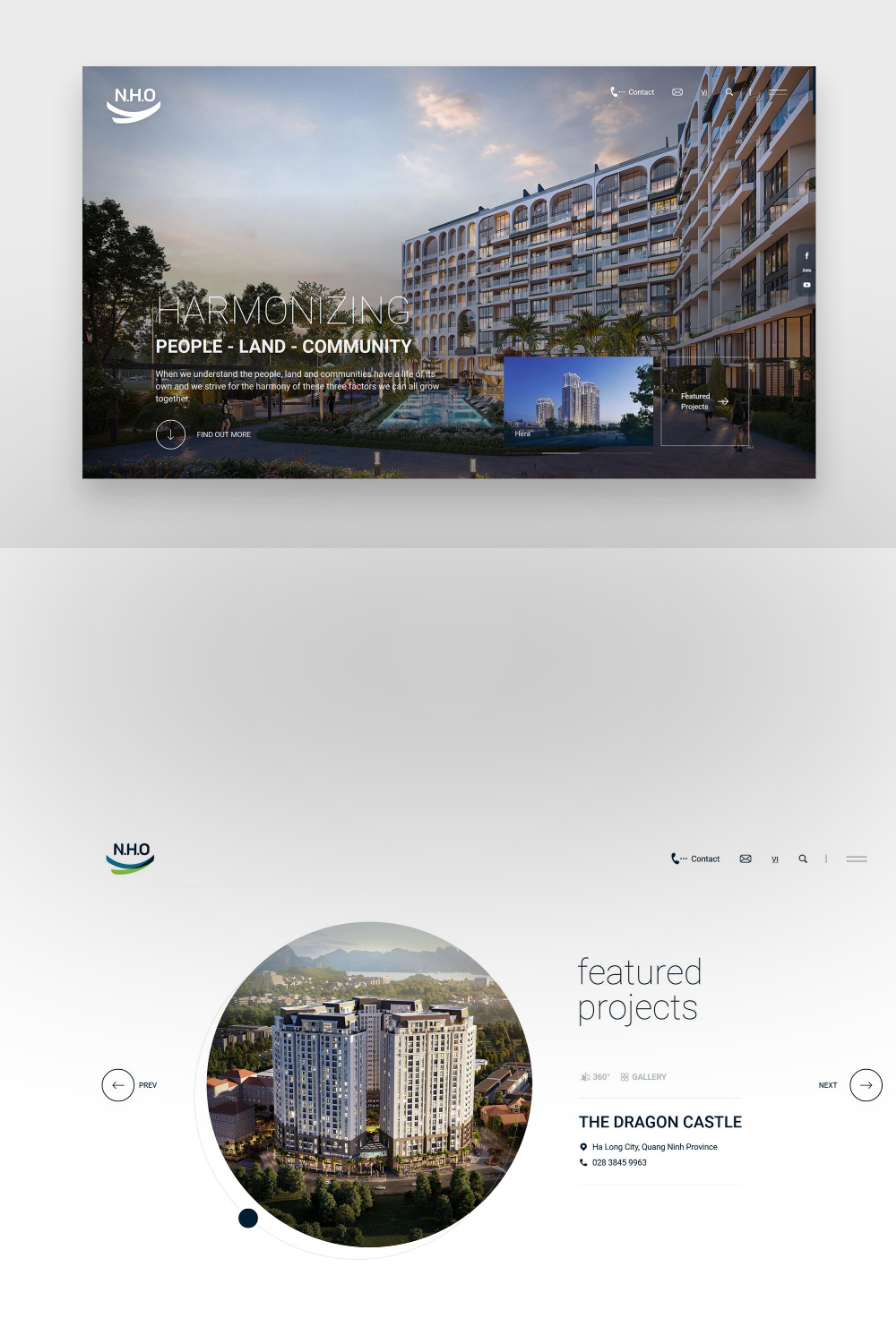
Repository: Minns-Cao/project-BTQ
Page: company.html
These files come from the project's save history. The page is drawn as it stood at one moment and after a run of saves; the edit follows.
The browser window is 1280 px wide. The pictures show the part of the page from y = 0 to 1920 px (the page is 6093 px tall), at 70% of full size.

Above is the page before, as saved 2023-07-02 09:44:02.
Console error: TypeError: Cannot read properties of null (reading 'addEventListener')

### company.html
<!DOCTYPE html>
<html lang="en">
    <head>
        <meta charset="UTF-8" />
        <meta http-equiv="X-UA-Compatible" content="IE=edge" />
        <meta name="viewport" content="width=device-width, initial-scale=1.0" />
        <title>BTQ</title>
        <!-- Fonts -->
        <link rel="preconnect" href="https://fonts.googleapis.com" />
        <link rel="preconnect" href="https://fonts.gstatic.com" crossorigin />
        <link
            href="https://fonts.googleapis.com/css2?family=Roboto:wght@100;300;400;500;700;900&display=swap"
            rel="stylesheet"
        />
        <!-- Reset CSS -->
        <link rel="stylesheet" href="./assets/css/reset.css" />
        <!-- Style CSS -->
        <link rel="stylesheet" href="./assets/css/headerFooter.css" />
        <link rel="stylesheet" href="./assets/css/styleCompany.css" />
    </head>
    <body>
        <main>
            <div class="imgFirst">
                <img src="./imagesCompany/NHO/1.jpg" alt="" class="thumb" />
            </div>
            <div class="details-title-name">
                <h3 class="name">N.H.O JSC COMPANY</h3>
                <h3 class="label">Website N.H.O JSC</h3>
                <a href="https://www.nhojsc.vn/" class="linkWebCus">
                    <p class="seeMore">xem website</p>
                    <div class="icon">
                        <svg
                            xmlns="http://www.w3.org/2000/svg"
                            x="0px"
                            y="0px"
                            viewBox="0 0 100 100"
                        >
                            <path
                                fill="currentColor"
                                d="M99,11.6v76.8C99,94.3,94.3,99,88.4,99H11.6C5.7,99,1,94.3,1,88.4V11.6C1,5.7,5.7,1,11.6,1h76.8C94.3,1,99,5.7,99,11.6z
                        M78.1,15h-29c-2.8,0-5,2.2-5,5v3.1c0,2.8,2.5,5.3,5.3,5l12.2-0.3L16.6,73.1c-1.9,1.6-1.9,4.4,0,6.2l4.4,4.4c1.6,1.6,4.4,1.6,6.2,0
                       l44.9-45.3l-0.6,12.2c0,2.8,2.2,5.3,5,5.3h3.1c2.8,0,5-2.2,5-5v-29C84.6,21.9,85.2,15,78.1,15z"
                            ></path>
                        </svg>
                    </div>
                </a>
            </div>
            <div class="imgSecond">
                <img src="./imagesCompany/NHO/2.jpg" alt="" class="thumb" />
            </div>
            <div class="imgThird">
                <img src="./imagesCompany/NHO/3.jpg" alt="" class="thumb" />
            </div>
        </main>
        <script src="./app_OpenAns.js"></script>
    </body>
</html>

### assets/css/headerFooter.css
* {
    box-sizing: border-box;
}

:root {
    --color-bg1: #24547f;
    --color-bg2: #463b75;
    --color-bg3: #d9996b;
    --color-bg4: #86506c;
    --color-bg5: #206a54;
    --color-bg6: #779273;
    --color-bg7: #e48f92;
    --color-bg8: #6dbcc5;
    --color-bgMenu: #24547f;
}

html {
    font-size: 62.5%;
}

body {
    font-family: "Roboto", sans-serif;
    font-size: 1.6rem;
}

/* =======================HEADER======================= */
.navigation {
    position: fixed;
    top: 0;
    left: 0;
    display: flex;
    justify-content: space-between;
    width: 100%;
    padding: 20px 30px;
    z-index: 100000;
}

.navigation .logo {
    transition: all 0.5s ease-out;
}

.navigation .box {
    display: flex;
    justify-content: center;
    align-items: center;
    gap: 1vw;
}

.navigation .targetPage{
    display: flex;
    align-items: center;
    transition: all 0.8s ease-out;
}

.navigation .targetPage .dot {
    width: 20px;
    height: 20px;
}

.navigation .targetPage .namePage {
    text-transform: uppercase;
    color: #fff;
    font-size: 36px;
    vertical-align: middle;
    white-space: nowrap;
    letter-spacing: -1px;
    line-height: 1.1;
    display: inline-block;
    font-weight: 400;
    margin-left: 1vw;
}

.navigationBar {
    display: flex;
    align-items: center;
    gap: 80px;
}

.navigationBar .lang {
    position: relative;
    font-weight: 900;
    font-size: 18px;
    line-height: 50px;
    text-transform: uppercase;
    color: #fff;
    width: auto;
    display: inline-block;
    padding-bottom: 10px;
    visibility: hidden;
    opacity: 0;
    pointer-events: none;
    transition: all 0.5s ease-in-out 0.2s;
    z-index: 10000;
}

.navigationBar .lang.active {
    visibility: visible;
    opacity: 1;
    pointer-events: all;
}
.navigationBar .lang::after,
.navigationBar .lang::before {
    position: absolute;
    content: "";
    display: block;
    width: 30px;
    height: 1px;
    background-color: #fff;
}

.navigationBar .lang::after {
    top: 40%;
    left: 130%;
}
.navigationBar .lang::before {
    top: 40%;
    right: 130%;
}



.navigation .iconBar {
    position: relative;
    display: block;
    width: 70px;
    height: 60px;
    color: #000;
    transform: translateX(0);
    transition: all 0.5s ease-in-out 0.2s;
    z-index: 10000;
}

.navigation .iconBar.active{
    transform: translateX(2vw);
}

.navigation .iconBar .background{
    width: 100%;
    height: 100%;
    background-color: rgba(0,0,0,.1);
    border-radius: 5px;
    transform: translate(-10%, -5%);
    visibility:hidden;
}



.iconBar .lineMid,
.iconBar .lineTop,
.iconBar .lineBot {
    position: absolute;
    top: 25px;
    left: 0px;
    height: 2px;
    width: 75%;
    background-color: #fff;
    box-shadow: 3px 3px 0 rgb(0 0 0 / 10%);
    transition: all 0.3s ease-in-out;
}

.iconBar .lineMid {
    opacity: 1;
    visibility: visible;
}

.iconBar .lineTop {
    top: 15px;
    left: 5px;
    width: 40%;
}

.iconBar .lineBot {
    top: 35px;
    left: 5px;
    width: 40%;
}

.navigation .iconBar:hover .lineMid {
    width: 50%;
}

.navigation .iconBar:hover .lineTop,
.navigation .iconBar:hover .lineBot {
    width: 60%;
}

/* nav onClick */

.navigation .onClick.iconBar .lineMid {
    visibility: hidden;
    opacity: 0;
}

.navigation .onClick.iconBar .lineTop,
.navigation .onClick.iconBar .lineBot {
    top: 25px;
    left: 10px;
    width: 50%;
}

.navigation .onClick.iconBar .lineTop {
    transform: rotate(45deg);
}
.navigation .onClick.iconBar .lineBot {
    transform: rotate(-45deg);
}

.navigation .onClick.iconBar:hover .lineTop,
.navigation .onClick.iconBar:hover .lineBot {
    top: 25px;
    width: 50%;
}

.navigation .onClick.iconBar:hover .lineTop {
    left: 11px;
    transform: rotate(90deg);
    box-shadow: none;
}
.navigation .onClick.iconBar:hover .lineBot {
    left: 9px;
    transform: rotate(-90deg);
    box-shadow: none;
}

/* =======================HEADER-MENU======================= */

header .menu {
    position: absolute;
    top: 0;
    right: 0;
    width: 100%;
}

header .menu .bg-menu {
    position: absolute;
    top: 0;
    left: 0;
    display: block;
    width: 100vw;
    height: 100vh;
    z-index: 101;
    overflow: hidden;
    pointer-events: none;
}

header .menu .color-bg-menu {
    display: block;
    width: 100%;
    height: 100%;
    border-radius: 50%;
    background-image: linear-gradient(
        -135deg,
        var(--color-bgMenu) 65%,
        transparent 80%
    );
    opacity: 0;
    visibility: hidden;
    transition: all 0.3s linear;
    pointer-events: none;
}

header .menu .color-bg-menu.active {
    animation: bg-menuAnimation_active 0.5s linear forwards;
}
header .menu .color-bg-menu.noActive {
    animation: bg-menuAnimation_noActive 5s linear forwards;
}

@keyframes bg-menuAnimation_active {
    0% {
        opacity: 0;
        visibility: hidden;
        transform: translate(60%, -60%) scale(1);
    }
    30% {
        opacity: 0.98;
        visibility: visible;
    }
    100% {
        opacity: 0.98;
        visibility: visible;
        transform: translate(60%, -60%) scale(4);
        pointer-events: none;
    }
}
@keyframes bg-menuAnimation_noActive {
    0% {
        opacity: 0.98;
        visibility: visible;
        transform: translate(60%, -60%) scale(4);
    }
    30% {
        opacity: 0;
        visibility: visible;
    }
    100% {
        opacity: 0;
        visibility: none;
        transform: translate(60%, -60%) scale(3.5);
        pointer-events: all;
    }
}
header .menu .main-menu {
    position: absolute;
    top: 0;
    right: 0;
    display: flex;
    align-items: flex-end;
    flex-direction: column;
    gap: 50px;
    width: 100%;
    height: 100%;
    padding-top: 70px;
    margin-right: 10vw;
    margin-top: 10vh;
    z-index: 102;
    visibility: hidden;
    opacity: 0;
    pointer-events: none;
    transition: all 0.5s ease-in-out 0.2s;
}

header .menu .main-menu.active {
    visibility: visible;
    opacity: 1;
    pointer-events: all;
}

header .menu .iconHome {
    display: block;
    width: 50px;
    height: 36px;
    color: #fff;
}

header .menu a{
    text-decoration: none;
}

header .menu .menuItem {
    font-weight: 900;
    font-size: calc(100vh / 14);
    line-height: 1;
    letter-spacing: 2px;
    text-transform: uppercase;
    white-space: nowrap;
    color: #fff;
    -webkit-text-stroke: 1px #fff;
    -webkit-text-fill-color: transparent;
    transition: all 0.5s ease-in-out;

}

header .menu .menuItem:hover {
    color: #fcd62c;
    -webkit-text-stroke: 1px #fcd62c;
    -webkit-text-fill-color: #fcd62c;
}

footer .contentBlockFooter{
    height: 35vh;
    background-color: #91b879;
    position: relative;
}

footer .contentBlockFooter::after{
    position: absolute;
    content: '';
    display: block;
    pointer-events: none;
    background-color: #fff;
    width: 1px;
    height: 6vw;
    top: -3vw;
    left: 50%;
    z-index: 10;
}

footer .contentBlockFooter .contentBox {
    padding-top: 60px;
    display: flex;
    flex-direction: column;
    justify-content: center;
    align-items: center;
}

footer .contentBlockFooter .contentBox svg{
    color: #fff;
    width: 60px;
    height: 60px;
}

footer .contentBlockFooter .contentBox .copyRight{
    font-size: 13px;
    line-height: 1.2;
    color: #fff;
    text-transform: uppercase;
}

footer .contentBlockFooter .contentBox .copyRight strong {
    font-weight: 900;
}

### assets/css/styleCompany.css
.thumb {
    width: 100vw;
}

.details-title-name {
    display: flex;
    justify-content: center;
    align-items: center;
    flex-direction: column;
    width: 100%;
    height: 45vh;
    background-color: rgba(0,0,0,.4);
    filter: blur(200px);
}

.details-title-name .name{
    font-size: 5vw;
    font-weight: 100;
    line-height: 1.2;
    position: relative;
    margin: 10px 0;
    color: #fff;
    text-align: center;
    display: block;
}

.details-title-name .label {
    font-size: 16px;
    line-height: 1.4;
    position: relative;
    margin: 0 0 10px;
    color: #fff;
    padding: 10px;
    background-color: rgba(0,0,0,.2);
    text-align: center;
    display: inline-block;
}

.details-title-name .linkWebCus {
    display: flex;
    flex-direction: column;
    justify-content: center;
    align-items: center;
    gap: 10px;
    margin: 10px auto;
    font-family: Arial,Helvetica,sans-serif;
    font-weight: 400;
    font-size: 14px;
    line-height: 1.4;
    width: 130px;
    text-decoration: none;
}

.details-title-name .linkWebCus .seeMore {

    color: #fff;
}


.details-title-name .icon {
    width: 40px;
    height: 40px;
    color: #fff;
}



#myIframe {
    position: absolute;
    height: 100vh;
    top: 0;
    left: 0;
    right: 0;
    bottom: 0;
    z-index: 1000000;
    background-color: rebeccapurple;
    overflow: hidden;
}

### app_OpenAns.js
// ======================activeIconMenuBar=========================
function activeIconMenuBar(x) {
    x.classList.toggle("onClick");
    let mainMenu = document.querySelector("header .menu .main-menu");
    let lang = document.querySelector(".navigationBar .lang");
    let bgMenu = document.querySelector("header .menu .color-bg-menu");
    if (x.classList.contains("onClick")) {
        mainMenu.classList.add("active");
        lang.classList.add("active");
        bgMenu.classList.add("active");
        bgMenu.classList.remove("noActive");
        changeBackroundMenu();
    } else {
        mainMenu.classList.remove("active");
        lang.classList.remove("active");
        bgMenu.classList.remove("active");
        bgMenu.classList.add("noActive");
    }
}

let dataBackgroundMenu = [
    "#24547f",
    "#463b75",
    "#d9996b",
    "#86506c",
    "#206a54",
    "#779273",
    "#e48f92",
    "#6dbcc5",
];

function changeBackroundMenu() {
    let first_elm = dataBackgroundMenu.shift();
    dataBackgroundMenu.push(first_elm);
    document
        .querySelector("header .menu .color-bg-menu")
        .style.setProperty("--color-bgMenu", dataBackgroundMenu[0]);
}

// ======================textRun=========================

let thisBox_list = document.querySelectorAll(
    ".contentBlock1 .textBanner .thisBox"
);
thisBox_list.forEach((thisBox) => {
    let widthContent = thisBox.offsetWidth / 2;
    let thisBoxStyles = getComputedStyle(thisBox);
    thisBox.style.setProperty("--contentWidth", `${-widthContent + 9.5}px`);
});

// ======================EnterButton=========================
let objIcon = document.querySelector(".obj-icon");
objIcon.addEventListener("mousemove", (e) => {
    let xValue = e.clientX;
    let yValue = e.clientY;
    let rectOfobjIcon = objIcon.getBoundingClientRect();
    let yValueBtn = rectOfobjIcon.top + rectOfobjIcon.height / 2;
    let xValueBtn = rectOfobjIcon.left + rectOfobjIcon.width / 2;
    let speed = 0.125;
    objIcon.style.transform = `translate(${-(xValue - xValueBtn) * speed}px,${
        -(yValue - yValueBtn) * speed
    }px) `;
});

objIcon.addEventListener("mouseout", () => {
    objIcon.style.transform = `translate(0,0)`;
});
// ======================ScrollAnimation=========================

function moveNav(target) {
    let logoNav = document.querySelector("header .navigation .logo");
    let targetPage = document.querySelector("header .navigation .targetPage");
    let bar = document.querySelector("header .navigation .iconBar");
    let bar_backGround = document.querySelector(
        "header .navigation .iconBar .background"
    );
    if (target < 1) {
        logoNav.style.transform = `translate(0,0)`;
        targetPage.style.transform = `translate(0,0)`;
        bar.classList.remove("active");
        bar_backGround.style.visibility = "hidden";
    }
    if (target > 1 && target < 100) {
        logoNav.style.transform = `translate(${-target * 200}px,0)`;
        targetPage.style.transform = `translate(0,${-target * 200}px)`;
        bar.classList.add("active");
        bar_backGround.style.visibility = "visible";
    }
}

window.addEventListener("scroll", (e) => {
    let heightOfFooter = document.querySelector("footer").offsetHeight;
    //Vị trí của scroll (không tính footer)
    let targetScroll =
        (window.pageYOffset /
            (document.body.offsetHeight -
                heightOfFooter -
                window.innerHeight)) *
        100;
    moveNav(targetScroll);
});

function ScrollAnimation(elm, distance, speed, trend, first) {
    window.addEventListener("scroll", function () {
        //khoảng di chuyển
        let x = (window.innerHeight - elm.getBoundingClientRect().top) * speed;

        //xử lý bug phần tử đầu tiên khi scroll
        if(first === "true") {
            x = x - (window.innerHeight * speed);
        }

        //giới hạn di chuyển từ 0 tới distance
        let movePos = Math.max(0, Math.min(distance, x));

        //gán giá trị transform cho elm
        if (trend === "down" || trend === undefined) {
                elm.style.transform = `translateY(${movePos}px)`;
        } else if (trend === "up") {
            elm.style.transform = `translateY(${-(movePos - distance)}px)`;
        }
    });
}

let list_scrollElm = document.querySelectorAll(".scrollElm");

list_scrollElm.forEach((scrollElm) => {
    let distance = scrollElm.dataset.distance;
    let speed = scrollElm.dataset.speed;
    let trend = scrollElm.dataset.trend;
    let first = scrollElm.dataset.first;
    ScrollAnimation(scrollElm, distance, speed, trend, first);
});




// ========================
// var iframe = document.getElementById('myIframe');

// // Ngăn sự kiện cuộn trang web chính
// window.addEventListener('scroll', function(e) {
//   e.preventDefault();
//   window.scrollTo(0, 0);
// });

// // Cho phép cuộn bên trong iframe
// iframe.addEventListener('load', function() {
//   iframe.contentWindow.addEventListener('scroll', function(e) {
//     e.stopPropagation();
//   });
// });

Loaded but not shown: assets/css/reset.css (common file)

After the next 2 saves:
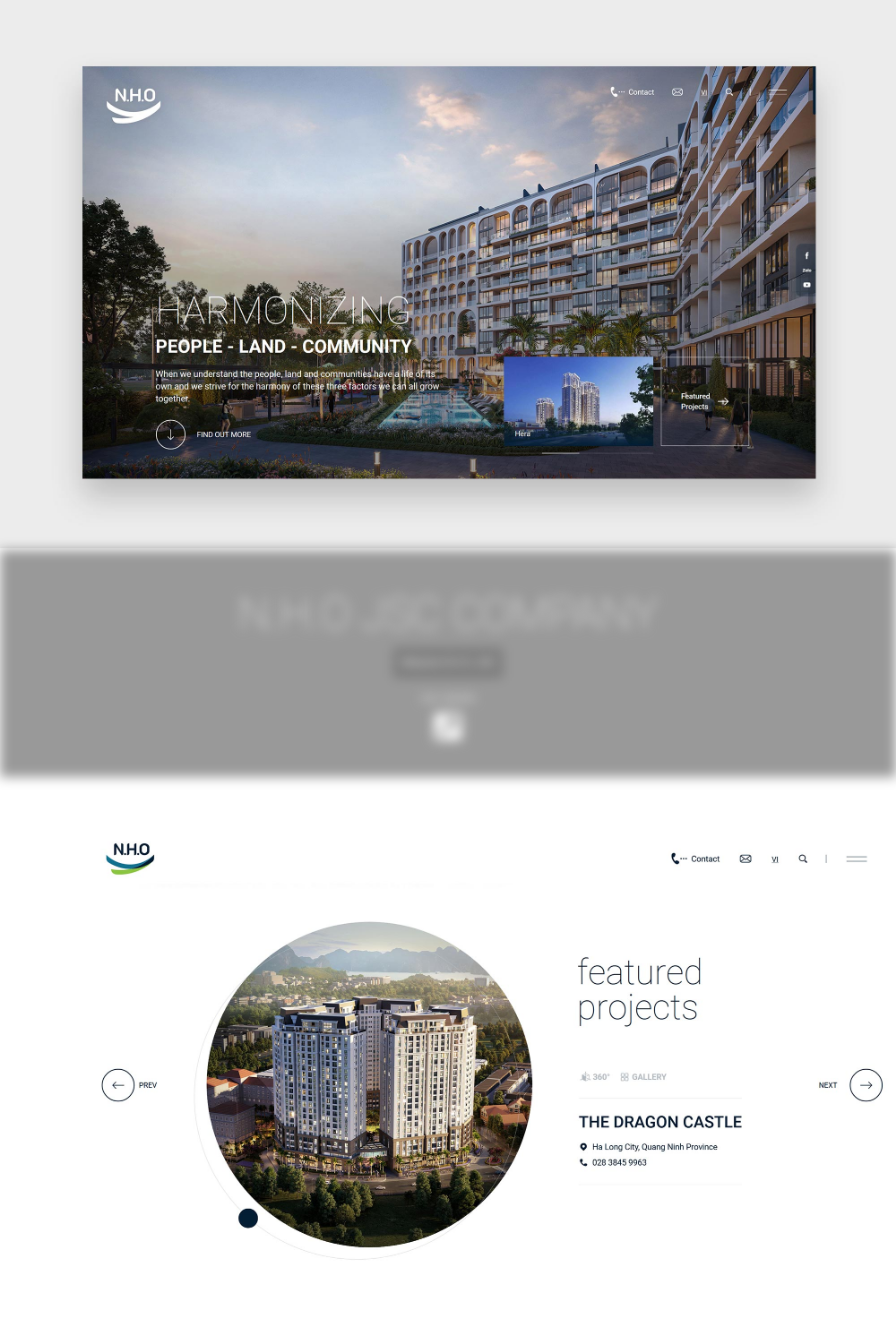
The 2 saves are shown as one change because they came seconds apart.
The last was saved 80 s later.
--- a/assets/css/styleCompany.css
+++ b/assets/css/styleCompany.css
@@ -10,7 +10,8 @@
     width: 100%;
     height: 45vh;
     background-color: rgba(0,0,0,.4);
-    filter: blur(200px);
+    filter: blur(8px);
+    -webkit-filter: blur(8px);
 }
 
 .details-title-name .name{
